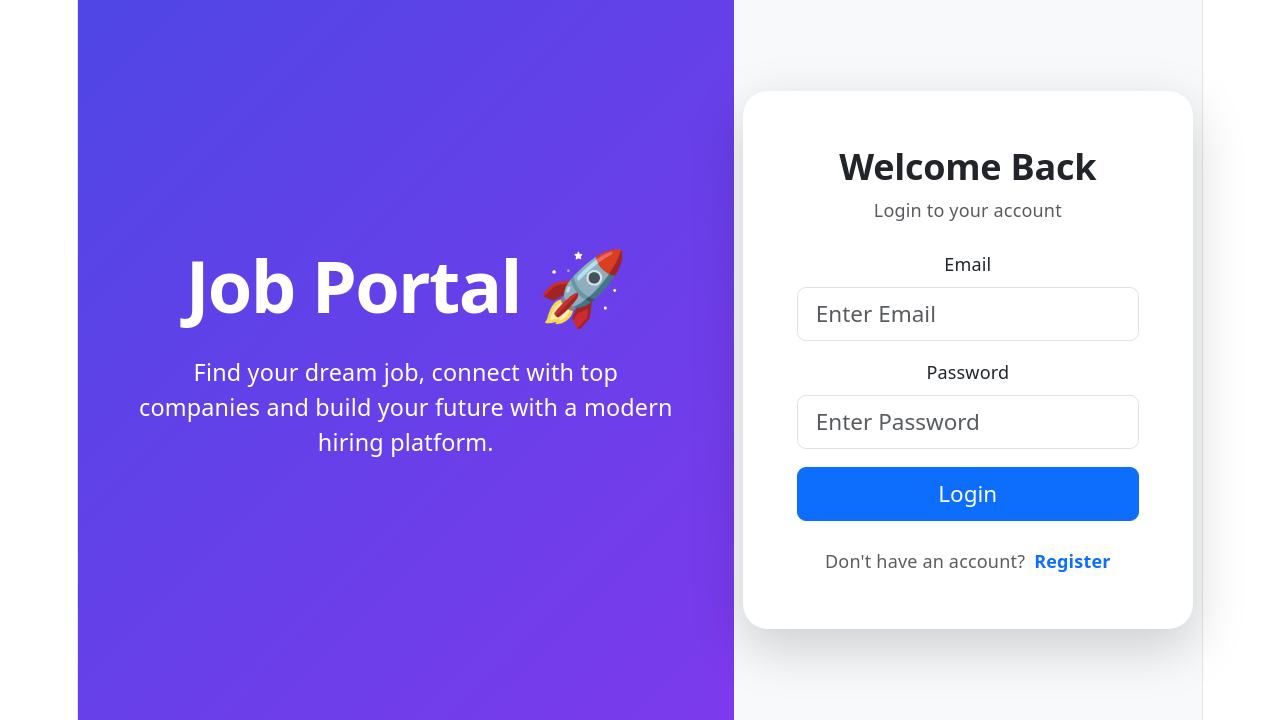
Repository: vijaymp1214/Job-Portal-Management-System
Page: / (app in frontend/)
An editor plug-in stored every save of this project. The page is shown before and after the next save, followed by the edit.
The browser window is 1280 px wide. The pictures show the whole page.
The project was rebuilt for these pictures with package versions that can differ from the ones it lists, and the page was loaded fresh each time. Also part of the build but not shown: frontend/vite.config.js.

Above is the page before, as saved 2026-05-30 13:19:34.

After the next save:
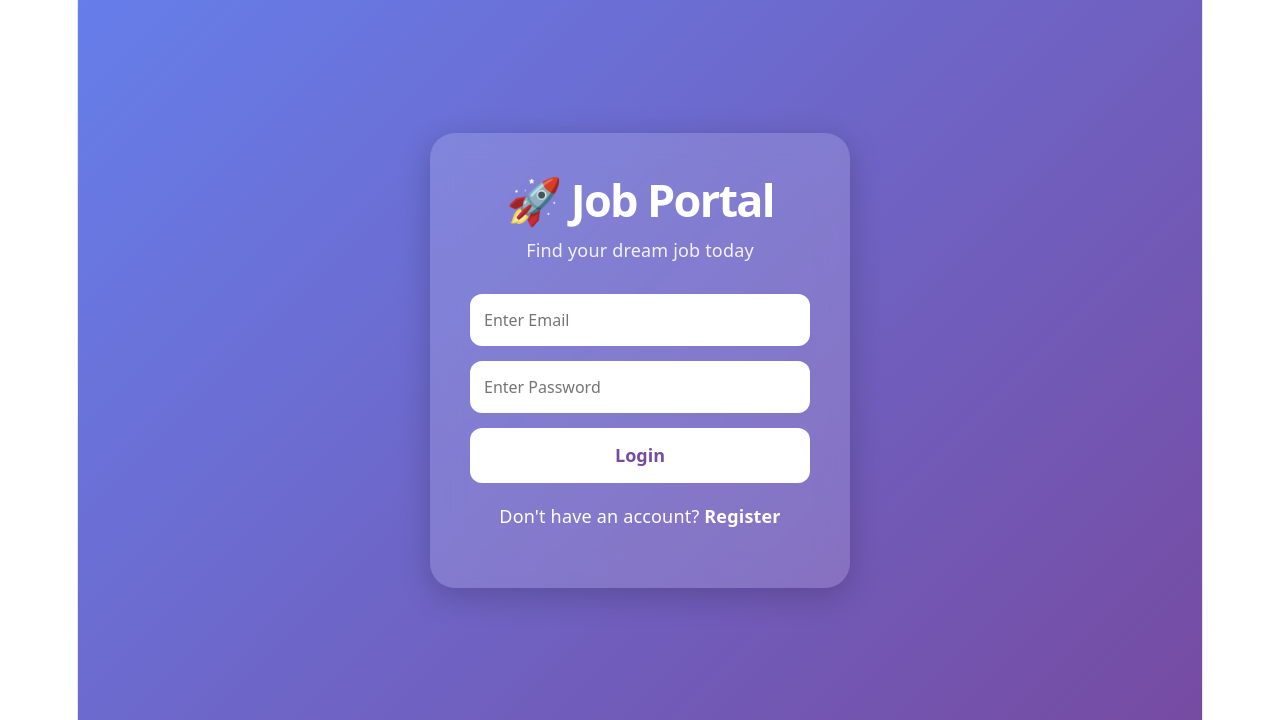
Saved 52 s later.
--- a/frontend/src/App.jsx
+++ b/frontend/src/App.jsx
@@ -1,108 +1,7 @@
+import Login from "./pages/Login";
+
 function App() {
-  return (
-    <div className="container-fluid vh-100 p-0">
-      <div className="row g-0 h-100">
-
-        {/* Left Section */}
-        <div
-          className="col-lg-7 d-none d-lg-flex flex-column justify-content-center text-white p-5"
-          style={{
-            background:
-              "linear-gradient(135deg, #4F46E5 0%, #7C3AED 100%)",
-          }}
-        >
-          <h1
-            className="fw-bold"
-            style={{ fontSize: "4rem" }}
-          >
-            Job Portal 🚀
-          </h1>
-
-          <p
-            className="mt-3"
-            style={{
-              fontSize: "1.3rem",
-              maxWidth: "600px",
-            }}
-          >
-            Find your dream job, connect with top
-            companies and build your future with a
-            modern hiring platform.
-          </p>
-        </div>
-
-        {/* Right Section */}
-        <div className="col-lg-5 col-12 d-flex justify-content-center align-items-center bg-light">
-
-          <div
-            className="card border-0 shadow-lg"
-            style={{
-              width: "100%",
-              maxWidth: "450px",
-              borderRadius: "25px",
-            }}
-          >
-            <div className="card-body p-5">
-
-              <div className="text-center mb-4">
-                <h2 className="fw-bold">
-                  Welcome Back
-                </h2>
-
-                <p className="text-muted">
-                  Login to your account
-                </p>
-              </div>
-
-              <div className="mb-3">
-                <label className="form-label">
-                  Email
-                </label>
-
-                <input
-                  type="email"
-                  className="form-control form-control-lg"
-                  placeholder="Enter Email"
-                />
-              </div>
-
-              <div className="mb-3">
-                <label className="form-label">
-                  Password
-                </label>
-
-                <input
-                  type="password"
-                  className="form-control form-control-lg"
-                  placeholder="Enter Password"
-                />
-              </div>
-
-              <button className="btn btn-primary btn-lg w-100">
-                Login
-              </button>
-
-              <div className="text-center mt-4">
-                <span className="text-muted">
-                  Don't have an account?
-                </span>
-
-                <a
-                  href="#"
-                  className="ms-2 text-decoration-none fw-bold"
-                >
-                  Register
-                </a>
-              </div>
-
-            </div>
-          </div>
-
-        </div>
-
-      </div>
-    </div>
-  );
+  return <Login />;
 }
 
 export default App;
